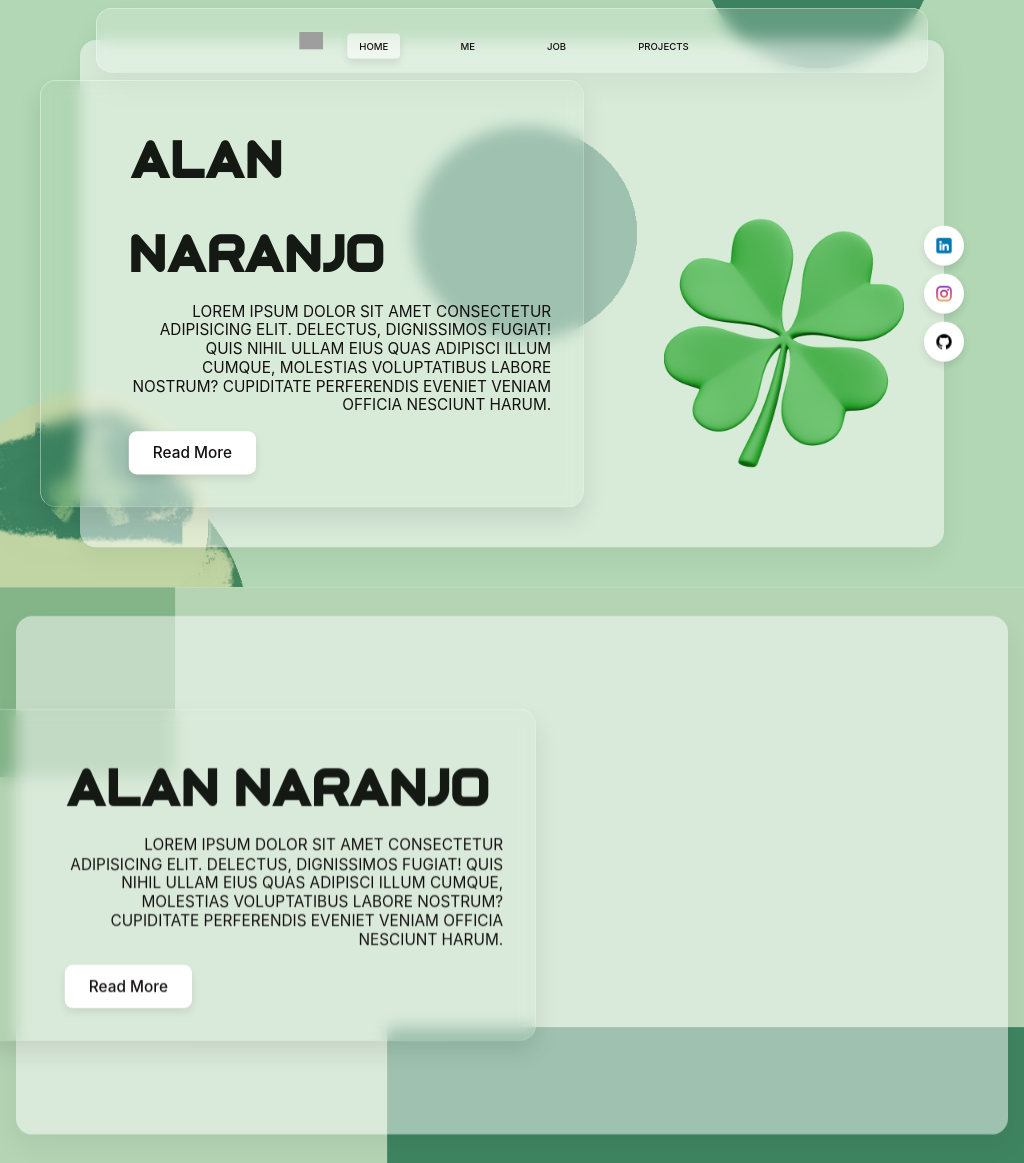
Repository: L-A-M-J-O/Me-sitio-Web
Page: / (app in my-project/)
These files come from the project's save history. The page is drawn as it stood at one moment and after the next save; the edit follows.
The browser window is 1280 px wide. The pictures show the whole page, at 80% of full size.
Pictures or frames that could not be fetched are drawn as grey boxes. Backgrounds fixed to the window are drawn as part of the page. The project was rebuilt for these pictures with package versions that can differ from the ones it lists, and the page was loaded fresh each time.

Above is the page before, as saved 2022-09-19 17:16:18.

After the next save:
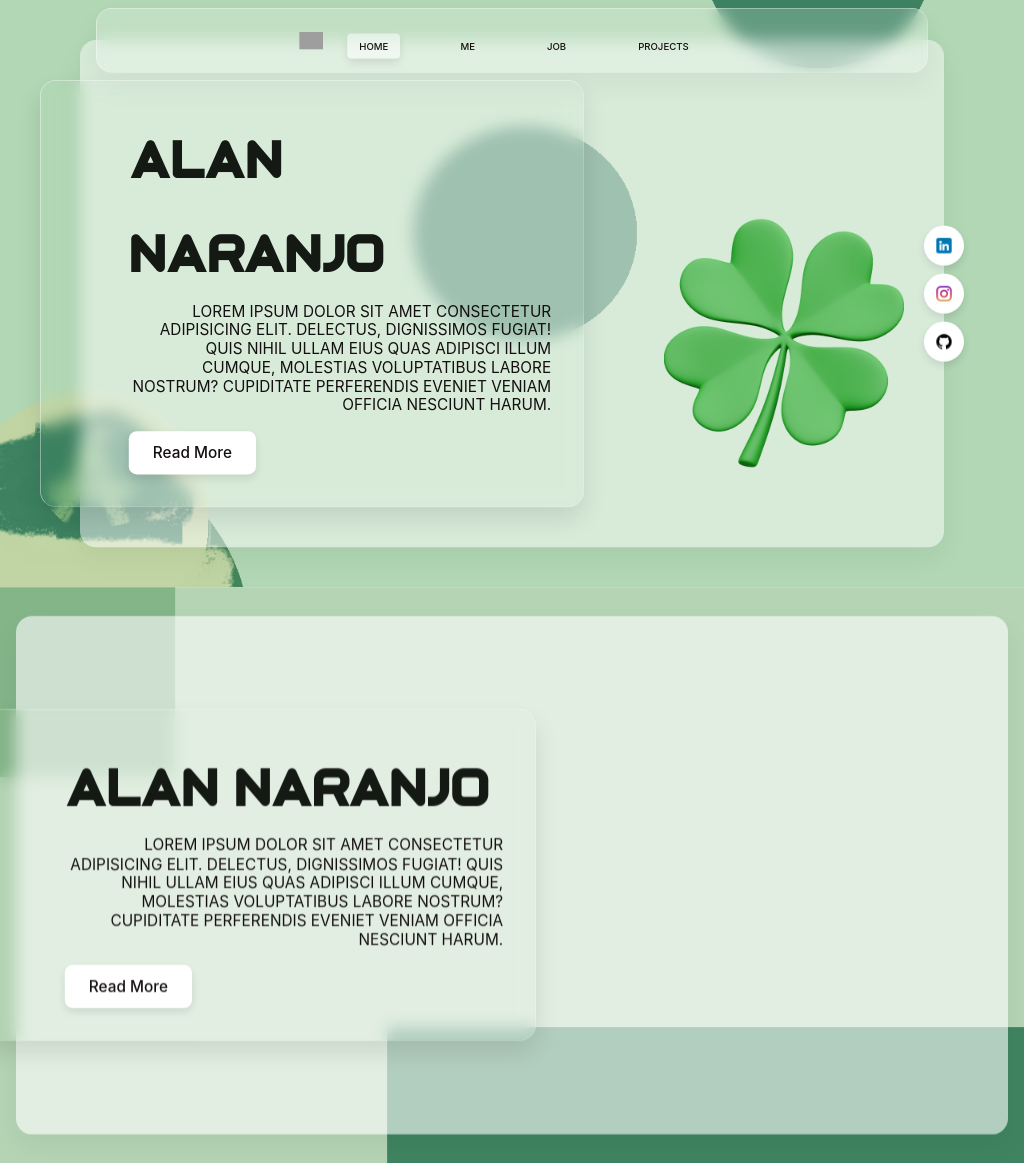
Saved 8 s later.
--- a/my-project/src/components/Me/Me.css
+++ b/my-project/src/components/Me/Me.css
@@ -12,7 +12,7 @@
     position: relative;
     width: 100%;
     height: 90vh;
-    background-color: rgba(255, 255, 255, 0.5);
+    background-color: rgba(255, 255, 255, 0.6);
     box-shadow:  0 15px 35px rgba(0, 0, 0, 0.05);
     border-radius: 20px;
     display: flex;
